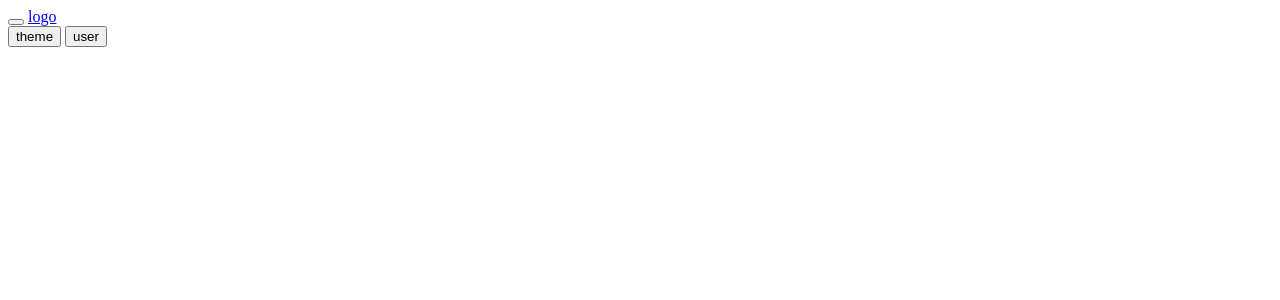
Repository: pedro-donoso/curso-tailwind
Page: index.html
These files come from the project's save history. The page is drawn as it stood at one moment and after the next save; the edit follows.
The browser window is 1280 px wide. The pictures show the whole page.

Above is the page before, as saved 2024-01-23 00:08:05.

### index.html
<!doctype html>
<html lang="es">

<head>
    <meta charset="UTF-8" />
    <meta name="viewport" content="width=device-width, initial-scale=1.0" />

    <link rel="stylesheet" href="tailwind.css" />

    <title>
        Curso Tailwind
    </title>
</head>

<body>

    <header>
        <div>
            <button></button>
            <a href="#">logo</a>
            <div>
                <button>theme</button>
                <button>user</button>
            </div>
        </div>
    </header>

</body>

</html>

Loaded but not shown: tailwind.css (common file)

After the next save:
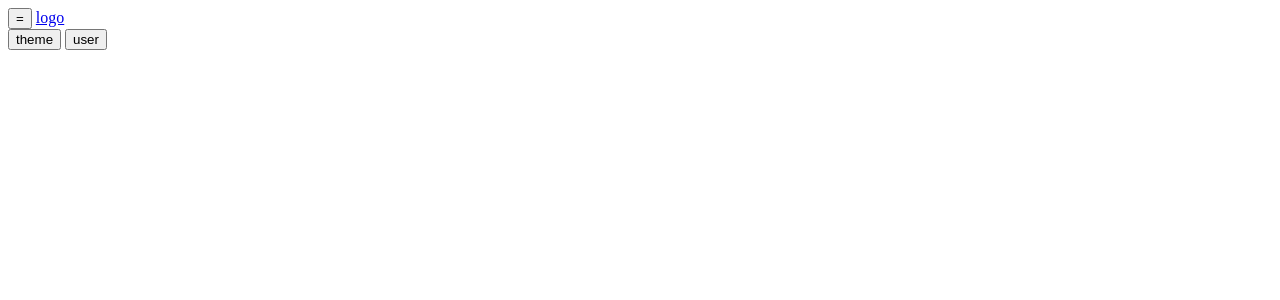
Saved 13 s later.
--- a/index.html
+++ b/index.html
@@ -16,7 +16,7 @@
 
     <header>
         <div>
-            <button></button>
+            <button>=</button>
             <a href="#">logo</a>
             <div>
                 <button>theme</button>
